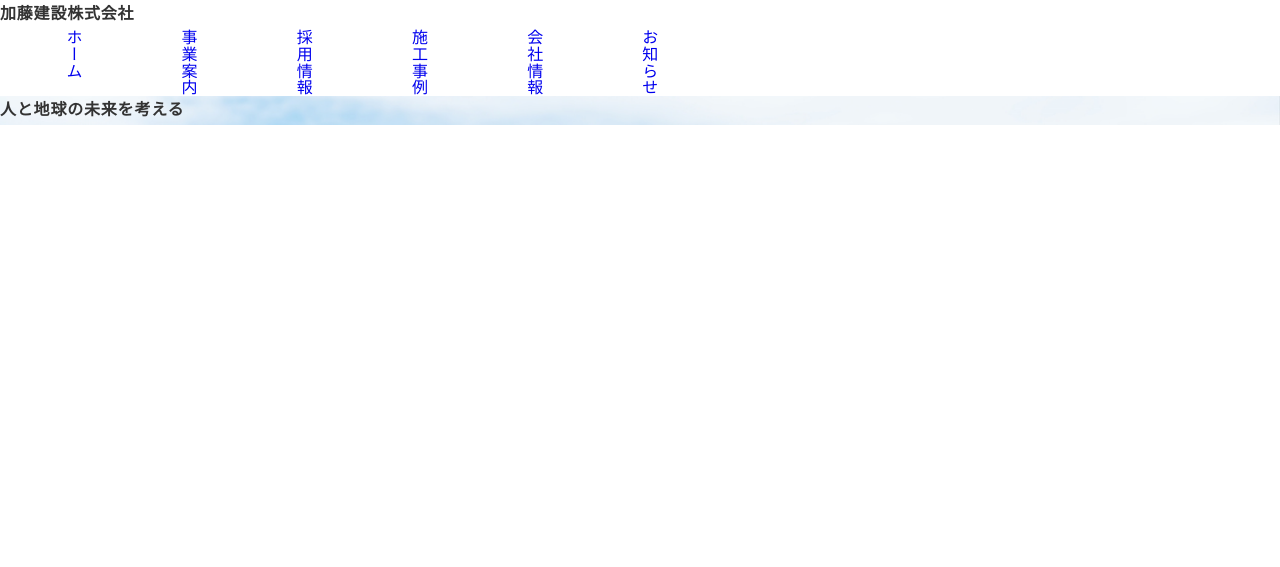
Repository: nozomi-23/hp1_test
Page: index.html
These files come from the project's save history. The page is drawn as it stood at one moment and after the next save; the edit follows.
The browser window is 1280 px wide. The pictures show the whole page.

Above is the page before, as saved 2022-06-12 09:37:16.

### index.html
<!DOCTYPE html>
<html lang="ja">
<head>
<meta charset="UTF-8">
<title>加藤建設 株式会社</title>
<meta name="description" content="人と地球の未来を考える 加藤建設 株式会社">
<meta name="keywords" content="建築,土木,インフラ">
<meta name="viewport" content="width=device-width, initial-scale=1.0">
<meta property="og:title" content="建築依頼なら「加藤建設 株式会社」">
<meta property="og:type" content="article">
<meta property="og:url" content="https://withcode-plus.tech">
<meta property="og:image" content="img/logo.png">
<meta property="og:description" content="確かな技術力が自慢、インフラから地域貢献まで加藤建設にお任せ下さい">
<meta property="og:site_name" content="加藤建設 株式会社">
<link rel="icon" href="img/favicon.ico">
<link rel="apple-touch-icon" sizes="180x180" href="img/logo.png">
<link rel="stylesheet" type="text/css" href="css/reset.css">
<link rel="stylesheet" type="text/css" href="css/common1.css">
<link rel="stylesheet" type="text/css" href="css/index.css">
</head>
<body>
  <!-- =========header -->
  <header>
    <div class="header_wrapper">
      <div class="header_inner">
        <h1 class="header_left">加藤建設株式会社</h1>
        <nav class="header_right" >
          <ul class="header_list">
            <li><a href="#" class="color">ホーム</a></li>
            <li><a href="html/business.html">事業案内</a></li>
            <li><a href="html/recruit.html">採用情報</a></li>
            <li><a href="html/work.html">施工事例</a></li>
            <li><a href="html/company.html">会社情報</a></li>
            <li><a href="html/news.html">お知らせ</a></li>
          </ul>
        </nav>
      </div>
    </div>
  </header>
  <!-- =========main_view -->
  <main>
    <section class="main_wrapper">
      <div class="main_img">
        <h2>人と地球の未来を考える</h2>
      </div>
    </section>
  </main>
</body>
</html>

### css/reset.css
@charset "UTF-8";

html,
body,
div,
span,
object,
iframe,
h1,
h2,
h3,
h4,
h5,
h6,
p,
blockquote,
pre,
abbr,
address,
cite,
code,
del,
dfn,
em,
img,
ins,
kbd,
q,
samp,
small,
strong,
sub,
sup,
var,
b,
i,
dl,
dt,
dd,
ol,
ul,
li,
fieldset,
form,
label,
legend,
table,
caption,
tbody,
tfoot,
thead,
tr,
th,
td,
article,
aside,
canvas,
details,
figcaption,
figure,
footer,
header,
hgroup,
menu,
nav,
section,
summary,
time,
mark,
audio,
video {
  margin: 0;
  padding: 0;
  border: 0;
  outline: 0;
  font-size: 100%;
  vertical-align: baseline;
  background: transparent;
}

body {
  line-height: 1;
}

article,
aside,
details,
figcaption,
figure,
footer,
header,
hgroup,
menu,
nav,
section {
  display: block;
}

nav ul {
  list-style: none;
}

blockquote,
q {
  quotes: none;
}

blockquote:before,
blockquote:after,
q:before,
q:after {
  content: '';
  content: none;
}

a {
  margin: 0;
  padding: 0;
  font-size: 100%;
  vertical-align: baseline;
  background: transparent;
}

/* change colours to suit your needs */
ins {
  background-color: #ff9;
  color: #000;
  text-decoration: none;
}

/* change colours to suit your needs */
mark {
  background-color: #ff9;
  color: #000;
  font-style: italic;
  font-weight: bold;
}

del {
  text-decoration: line-through;
}

abbr[title],
dfn[title] {
  border-bottom: 1px dotted;
  cursor: help;
}

table {
  border-collapse: collapse;
  border-spacing: 0;
}

/* change border colour to suit your needs */
hr {
  display: block;
  height: 1px;
  border: 0;
  border-top: 1px solid #cccccc;
  margin: 1em 0;
  padding: 0;
}

input,
select {
  vertical-align: middle;
}

### css/common1.css
@charset "UTF-8";

body {
  color: #333;
  letter-spacing: 0.05em;
  line-height: 1.8;
}
li {
  list-style: none;
}

a {
  text-decoration: none;
}

### css/index.css
@charset "UTF-8";

/* =================
header
===================*/
header_inner {
  display: flex;

}
.header_list {
  display: table;
}
.header_list li {
  display: table-cell;
  writing-mode: vertical-rl;
}
.color {
  color: 0554B0;
}


/* =================
main_view
===================*/
.main_wrapper {
  background: url(../img/top_img.png)no-repeat ;
  background-size: cover;
  width: 100%;
  height: ;
}

After the next save:
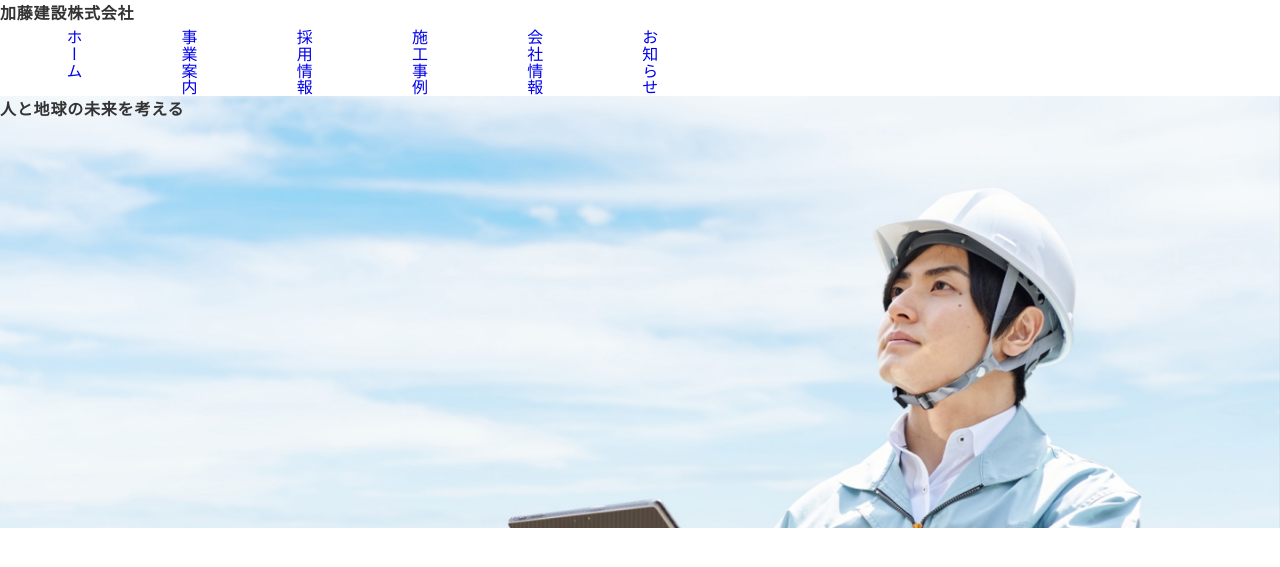
Saved 5 s later.
--- a/css/index.css
+++ b/css/index.css
@@ -26,5 +26,5 @@
   background: url(../img/top_img.png)no-repeat ;
   background-size: cover;
   width: 100%;
-  height: ;
+  height: 60vh;
 }
